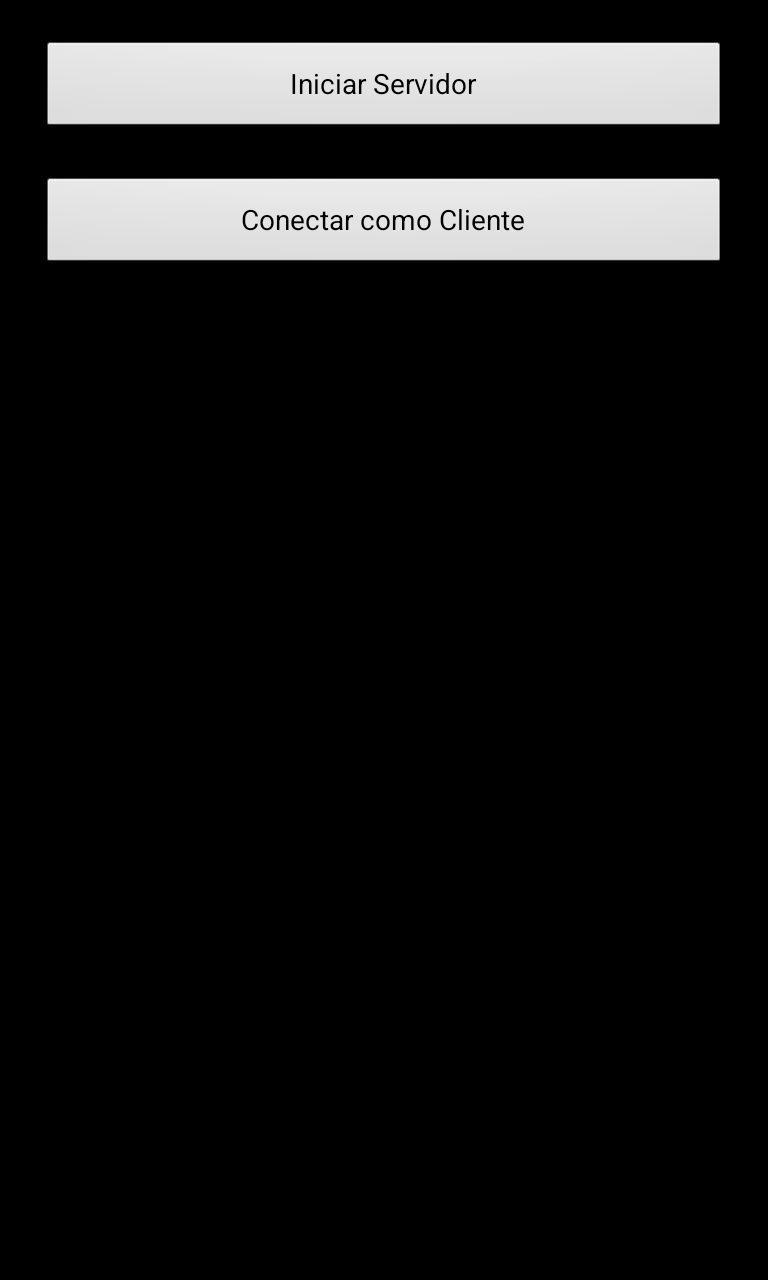
Repository: JoelmirMoura/AppMensagem
Layout: Mensagem/res/layout/main.xml
The author's editor kept a copy of each file at every save. The layout is drawn from the files as they stood at one save, then again after the next save.
It is drawn on a 768 x 1280 px phone screen (xhdpi) without system bars, with theme android:Theme; the app's code is not run.

Above is the layout before, as saved 2026-04-23 21:51:37.

### Mensagem/res/layout/main.xml
<?xml version="1.0" encoding="utf-8"?>
<LinearLayout xmlns:android="http://schemas.android.com/apk/res/android"
    android:orientation="vertical"
    android:padding="20dp"
    android:layout_width="fill_parent"
    android:layout_height="fill_parent">

    <Button
        android:id="@+id/btnServidor"
        android:layout_width="fill_parent"
        android:layout_height="wrap_content"
        android:text="Iniciar Servidor" />

    <Button
        android:id="@+id/btnCliente"
        android:layout_width="fill_parent"
        android:layout_height="wrap_content"
        android:text="Conectar como Cliente"
        android:layout_marginTop="20dp" />

</LinearLayout>

After the next save:
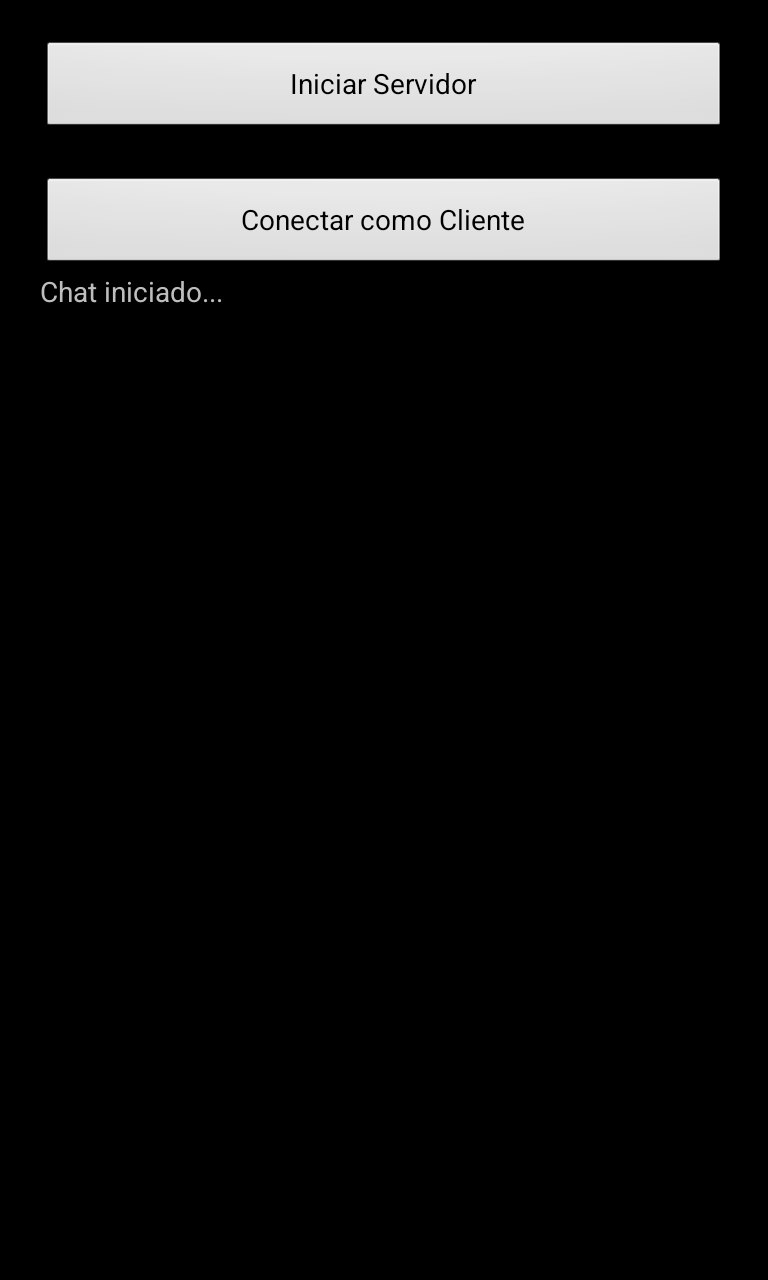
Saved 14 h 18 min later.
--- a/Mensagem/res/layout/main.xml
+++ b/Mensagem/res/layout/main.xml
@@ -17,5 +17,10 @@
         android:layout_height="wrap_content"
         android:text="Conectar como Cliente"
         android:layout_marginTop="20dp" />
+    <TextView
+    android:id="@+id/txtChat"
+    android:layout_width="fill_parent"
+    android:layout_height="wrap_content"
+    android:text="Chat iniciado..." />
 
 </LinearLayout>
